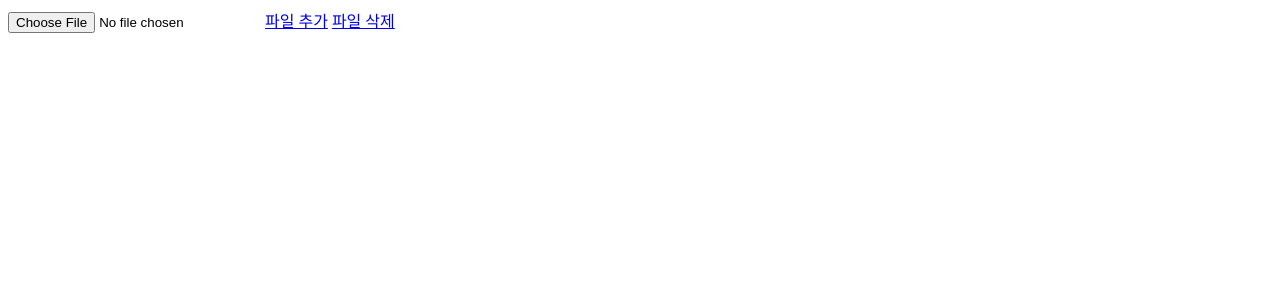
Repository: silenttemplar/java_start_project
Page: hansung_ee_2014/hansung_jquery_exercise/WebContent/file_attend_dynamic_create.html
An editor plug-in stored every save of this project. The page is shown before and after the next save, followed by the edit.
The browser window is 1280 px wide. The pictures show the whole page.
After loading, the first visible `#delFile` was clicked once.

Above is the page before, as saved 2014-08-28 04:11:50.

### hansung_ee_2014/hansung_jquery_exercise/WebContent/file_attend_dynamic_create.html
<!DOCTYPE html>
<html>
<head>
<meta charset="UTF-8">
<title>파일첨부 동적생성 삭제</title>
<script src="./jquery-2.1.0.min.js"></script>
<script type="text/javascript">
	function fnAddFile(event){
		console.log("fnAddFile(event) 실행");
		var insertTag= "<input type=\"file\" name=\"file\" /><br/>"

		$(insertTag).appendTo("body");
	}
	function fnDelFile(event){
		console.log("fnDelFile(event) 실행");
	}
</script>
</head>
<body>
	<input type="file" name="file" />
	<a href="#" id="addFile" onclick="fnAddFile(event)">파일 추가</a>
	<a href="#" id="delFile" onclick="fnDelFile(event)">파일 삭제</a><br>
</body>
</html>

Loaded but not shown: hansung_ee_2014/hansung_jquery_exercise/WebContent/jquery-2.1.0.min.js (library)

After the next save:
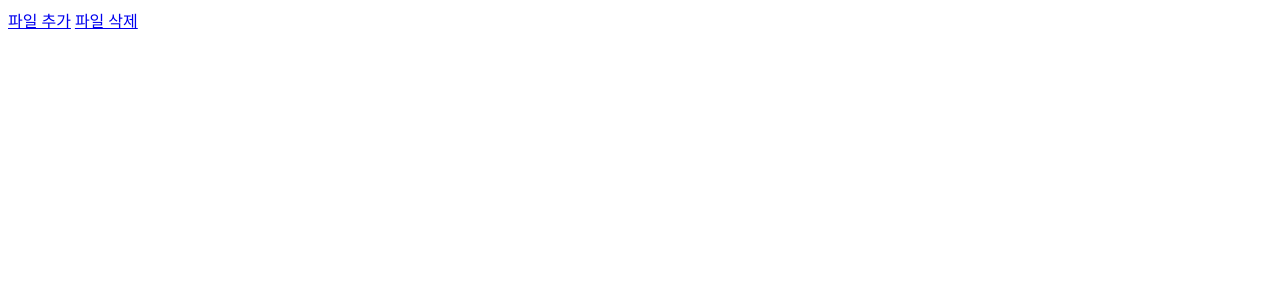
Saved 42 s later.
--- a/hansung_ee_2014/hansung_jquery_exercise/WebContent/file_attend_dynamic_create.html
+++ b/hansung_ee_2014/hansung_jquery_exercise/WebContent/file_attend_dynamic_create.html
@@ -12,7 +12,7 @@
 		$(insertTag).appendTo("body");
 	}
 	function fnDelFile(event){
-		console.log("fnDelFile(event) 실행");
+		$("input[name=file]").remove();
 	}
 </script>
 </head>

After the 2 saves that followed:
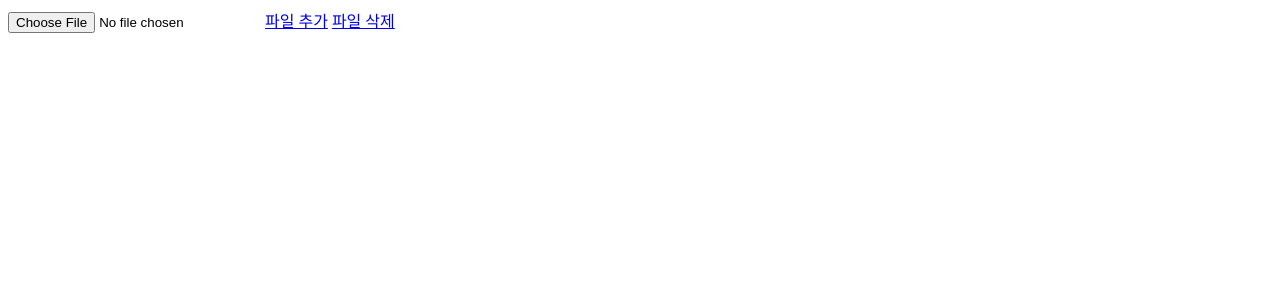
The 2 saves are shown as one change because 1 left the picture as it was.
The last was saved 63 s later.
--- a/hansung_ee_2014/hansung_jquery_exercise/WebContent/file_attend_dynamic_create.html
+++ b/hansung_ee_2014/hansung_jquery_exercise/WebContent/file_attend_dynamic_create.html
@@ -12,7 +12,10 @@
 		$(insertTag).appendTo("body");
 	}
 	function fnDelFile(event){
-		$("input[name=file]").remove();
+		if($("input[name=file]").size() > 1){
+			$("input[name=file]").last().remove();
+		}
+
 	}
 </script>
 </head>
